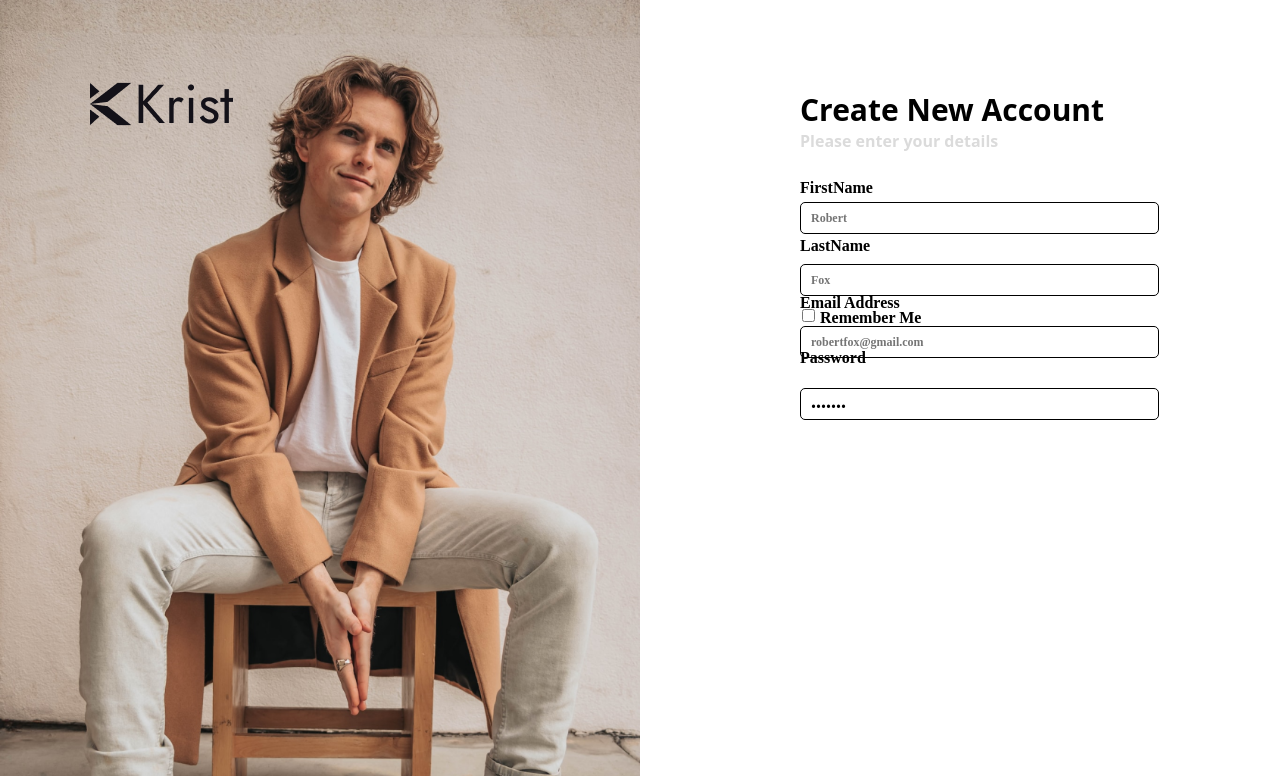
Repository: isaacCodes1/Krist-Website
Page: new-account.html
An editor plug-in stored every save of this project. The page is shown before and after the next save, followed by the edit.
The browser window is 1280 px wide. The pictures show the whole page.

Above is the page before, as saved 2024-04-10 14:14:54.

### new-account.html
<!DOCTYPE html>
<html lang="en">
  <head>
    <meta charset="UTF-8" />
    <meta name="viewport" content="width=device-width, initial-scale=1.0" />
    <title>New Account</title>
    <link rel="stylesheet" href="style.css">
  </head>
  <body>
    <div class="image">
        <img src="/Assets/Rectangle 3463272 (1).png" alt="" />
      </div>
      <div class="logo">
        <a href="Home-page.html"><img src="/Assets/Group 56.png" alt="" /></a>
      </div>

      <form class="new" action="">
        <h1 class="create">Create New Account</h1>
        <p>Please enter your details</p>
        <label class="firstname" for="">FirstName</label>
        <input class="inpute" type="text" placeholder="Robert">  <br>
        <label class="lastname" for="">LastName</label>
        <input class="inpute" type="text" placeholder="Fox">  <br>
        <label class="email" for="">Email Address</label>
        <input class="inpute" type="email" placeholder="robertfox@gmail.com"> <br>
        <label class="password" for="">Password</label>
        <input class="inpute" type="password" placeholder="......." id="place">
        <div class="checkboxes">
            <input class="check" type="checkbox" name="" id="" />
            <label class="label1" for="">Remember Me</label>
          </div>
      </form>
  </body>
</html>

### style.css
* {
  margin: 0;
  padding: 0;
  box-sizing: border-box;
  font-family: "Times New Roman", Times, serif;
  font-weight: 600;
}
.navBar {
  display: flex;
  align-items: center;
  margin-bottom: 40px;
  position: relative;
}
.navBar img {
  margin-left: 90px;
  padding-top: 20px;
  padding-right: 190px;
}
.logoItems ul {
  display: flex;
  list-style: none;
  padding-top: 20px;
  gap: 70px;
}
.logoItems ul li {
  font-size: 15px;
}
.logoItems ul li:hover {
  transform: scale(1.05);
  font-weight: 700;
}
.shop {
  position: relative;
}
.bx-down-arrow {
  position: absolute;
  left: 9000px;
}
.contact {
  position: relative;
}
.bx-search {
  position: absolute;
  right: 300px;
  top: 37px;
  font-size: 20px;
}
.bx-heart {
  position: absolute;
  right: 270px;
  top: 35px;
  font-size: 20px;
}
.bx-shopping-bag {
  position: absolute;
  right: 240px;
  top: 35px;
  font-size: 20px;
}
.bx-down-arrow {
  position: absolute;
  left: 570px;
  top: 40px;
}
.bx-right-arrow-alt {
  font-size: 15px;
}
.landingPage {
  display: flex;
  flex-direction: column;
  background: rgb(242, 243, 241);
  border-radius: 5 px;
  height: 620px;
  margin-bottom: 50px;
  margin-left: 50px;
  margin-right: 50px;
  position: relative;
}

.landingPageText {
  margin-top: 200px;
  margin-left: 150px;
  position: relative;
}
.landingPageText h1 {
  font-size: 42px;
  font-weight: 900;
}
.landingPage h2 {
  font-size: 85px;
  position: absolute;
  top: 500px;
  left: 30px;
  color: #e4e2e2;
}
.classic {
  font-size: 30px;
  font-weight: 500;
  margin-bottom: 10px;
}
.landingPageText p {
  font-size: 30px;
  font-weight: 400;
  margin-bottom: 20px;
}
button {
  padding: 12px 28px;
  background: #000;
  border: 1px;
  border-radius: 7px;
  transition: all 0.42s ease;
}
button a {
  text-decoration: none;
  font-size: 13px;
  color: #fff;
}
button:hover {
  color: #000;
  background: grey;
}
.landingPage img {
  width: 600px;
  position: absolute;
  top: 120px;
  right: 200px;
  background: transparent;
  height: 80%;
}
.login {
  padding: 12px 28px;
  background: #000;
  border: 1px;
  border-radius: 7px;
  margin-left: 800px;
  position: absolute;
  top: 25px;
}
.login a {
  text-decoration: none;
  font-size: 13px;
  color: #fff;
}
.cards {
  margin-bottom: 70px;
}
.cardstext {
  font-size: 30px;
  margin-left: 90px;
  padding-top: 60px;
  padding-bottom: 30px;
}
.cardsImg {
  display: flex;
  margin-left: 74px;
}
.cardsImg img {
  width: 300px;
  margin-left: 20px;
}
.as1 {
  position: relative;
}
.as2 {
  position: relative;
}
.as3 {
  position: relative;
}
.as4 {
  position: relative;
}
.a1 {
  font-size: 45px;
  color: #fff;
  position: absolute;
  top: 1000px;
  left: 150px;
}
.a2 {
  position: absolute;
  top: 1000px;
  font-size: 45px;
  color: #fff;
  left: 450px;
}
.a3 {
  position: absolute;
  top: 1000px;
  color: #fff;
  font-size: 45px;
  left: 800px;
}
.a4 {
  position: absolute;
  top: 1000px;
  color: #fff;
  font-size: 45px;
  left: 1100px;
}
.but1 {
  background: #fff;
  position: absolute;
  left: 140px;
  font-size: 20px;
  top: 1240px;
  padding: 10px 50px;
  transition: 1s ease-in-out;
}
.but1:hover {
  background: #000;
  color: #fff;
}
.but2 {
  background: #fff;
  position: absolute;
  left: 450px;
  font-size: 20px;
  top: 1240px;
  padding: 10px 50px;
  transition: 1s ease-in-out;
}
.but2:hover {
  background: #000;
  color: #fff;
}
.but3 {
  background: #fff;
  position: absolute;
  left: 780px;
  font-size: 20px;
  top: 1240px;
  padding: 10px 50px;
  transition: 1s ease-in-out;
}
.but3:hover {
  background: #000;
  color: #fff;
}
.but4 {
  background: #fff;
  position: absolute;
  left: 1100px;
  font-size: 20px;
  top: 1245px;
  padding: 8px 50px;
  transition: 1s ease-in-out;
}
.but4:hover {
  background: #000;
  color: #fff;
}
.clothes {
  margin-bottom: 170px;
}
.clothesText {
  text-align: center;
  font-size: 30px;
  margin-bottom: 30px;
}
.clothesImg {
  margin-left: 74px;
}
.clothesImg img {
  width: 300px;
  margin-left: 20px;
}
.sneakers {
  position: relative;
}
.sneakersText {
  position: absolute;
  left: 92px;
  font-size: 15px;
}
.road {
  font-weight: 700;
  font-size: 16px;
}
.cancel {
  left: 50px;
  position: absolute;
  bottom: 0px;
}
.bx-x {
  position: absolute;
  bottom: 0px;
  left: 45px;
  font-weight: 900;
  color: red;
}
.sneakers1 {
  position: relative;
}
.sneakersText1 {
  position: absolute;
  left: 420px;
  font-size: 15px;
}
.road1 {
  font-weight: 700;
  font-size: 16px;
}
.cancel1 {
  left: 50px;
  position: absolute;
  bottom: 0px;
}
.sneakers2 {
  position: relative;
}
.sneakersText2 {
  position: absolute;
  left: 740px;
  font-size: 15px;
}
.road2 {
  font-weight: 700;
  font-size: 16px;
}
.cancel2 {
  position: absolute;
  left: 50px;
  bottom: 0px;
}
.sneakers3 {
  position: relative;
}
.sneakersText3 {
  position: absolute;
  left: 1070px;
  font-size: 15px;
  margin-bottom: 50px;
}
.road3 {
  font-weight: 700;
  font-size: 16px;
}
.cancel3 {
  position: absolute;
  left: 50px;
  bottom: 0px;
}
.sneak {
  margin-bottom: 150px;
}
.deal {
  display: flex;
}
.deals {
  font-size: 30px;
  margin-bottom: 20px;
}
.dealsText {
  margin-left: 94px;
  position: relative;
}
.dealsImg {
  margin-left: 170px;
}
.timer1 {
  border: 1px solid #dbdbdb;
  color: #000;
  background: #fff;
  padding: 7px 9px;
  margin-left: 15px;
}
.timer1:hover {
  background: #fff;
}
.timer1h {
  font-size: 18px;
  font-weight: 700;
}
.pp {
  margin-bottom: 20px;
}
.butto {
  position: absolute;
  top: 231px;
  left: 16px;
}
.forms {
  position: relative;
}
.logo {
  display: flex;
  align-items: center;
  margin-bottom: 40px;
  position: absolute;
  bottom: 550px;
}
.logo img {
  margin-left: 90px;
  margin-top: 100px;
  padding-right: 190px;
}
.image {
  position: relative;
}
.image img {
  background-size: contain;
  width: 50%;
  height: 20%;
}
form {
  position: absolute;
  left: 800px;
  bottom: 300px;
}
form h1 {
  font-size: 40px;
  font-family: system-ui, -apple-system, BlinkMacSystemFont, "Segoe UI", Roboto,
    Oxygen, Ubuntu, Cantarell, "Open Sans", "Helvetica Neue", sans-serif;
  font-weight: bolder;
}
form p {
  color: #dbdbdb;
  font-family: system-ui, -apple-system, BlinkMacSystemFont, "Segoe UI", Roboto,
    Oxygen, Ubuntu, Cantarell, "Open Sans", "Helvetica Neue", sans-serif;
  margin-bottom: 20px;
}
.email {
  position: absolute;
  top: 95px;
}
.inpute {
  position: relative;
  padding-right: 170px;
  padding-left: 10px;
  padding-top: 7px;
  padding-bottom: 7px;
  border-radius: 5px;
  outline: none;
  border: 1px solid #000;
  margin-top: 30px;
}
.inputp {
  position: relative;
  padding-right: 170px;
  padding-left: 10px;
  padding-top: 7px;
  padding-bottom: 7px;
  border-radius: 5px;
  outline: none;
  border: 1px solid #000;
  margin-top: 30px;
  margin-bottom: 20px;
}
.inpute::placeholder {
  font-size: 12px;
}
#place::placeholder {
  font-size: 20px;
  color: #000;
}
.password {
  position: absolute;
  top: 155px;
}
.check {
  position: absolute;
  top: 220px;
  left: 2px;
}
.label1 {
  margin-left: 20px;
  position: absolute;
  top: 220px;
}
.forgot {
  color: #000;
  position: absolute;
  left: 210px;
  font-size: 10px;
  top: 220px;
}
.log {
  position: absolute;
  color: #000;
  background: #fff;
  border: 1px solid black;
  font-family: system-ui, -apple-system, BlinkMacSystemFont, "Segoe UI", Roboto,
    Oxygen, Ubuntu, Cantarell, "Open Sans", "Helvetica Neue", sans-serif;
    left: 800px;
    bottom: 250px;
    padding: 10px 140px;
    border-radius: 7px;
    transition: 1s ease-in-out  ;
}
.log:hover{
  background: #000;
  color: #fff;
}
.lo{
  position: absolute;
  color: #000;
  background: #fff;
  border: 1px solid black;
  font-family: system-ui, -apple-system, BlinkMacSystemFont, "Segoe UI", Roboto,
    Oxygen, Ubuntu, Cantarell, "Open Sans", "Helvetica Neue", sans-serif;
    left: 800px;
    bottom: 180px;
    padding: 10px 110px;
    border-radius: 7px;
    transition: 1s ease-in-out  ;
}
.or{
  position: absolute;
  left: 800px;
  bottom: 250px;
}
.lo:hover{
  background: #000;
  color: #fff;
}
.create{
  font-size: 30px;
  font-family: system-ui, -apple-system, BlinkMacSystemFont, "Segoe UI", Roboto,
    Oxygen, Ubuntu, Cantarell, "Open Sans", "Helvetica Neue", sans-serif;
  font-weight: bolder;
}
.new{
  position: absolute;
  left: 800px;
  bottom: 300px;
}
.firstname{
  position: absolute;
  top: 90px;
}
.lastname{
  position: absolute;
  top: 148px;
}
.email{
  position: absolute;
  top: 205px;
}
.password{
  position: absolute;
  top: 260px;
}

After the next save:
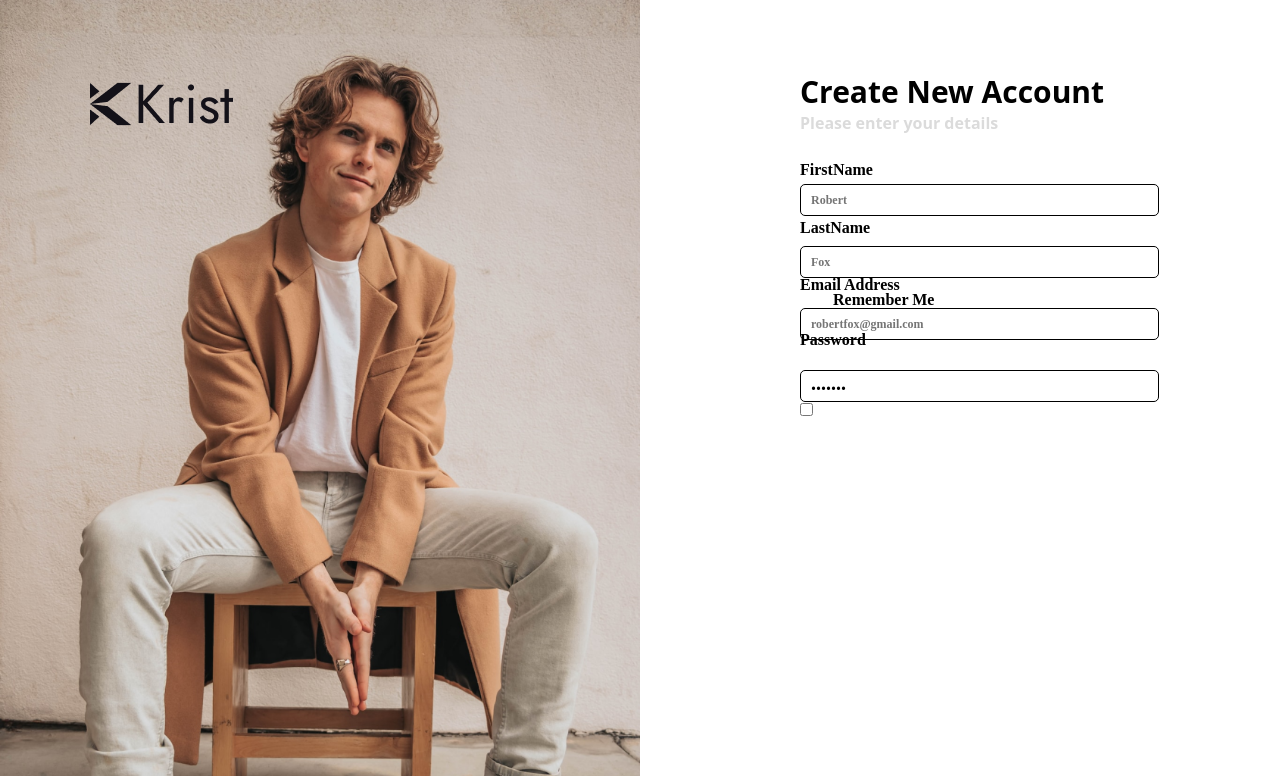
Saved 11 s later.
--- a/new-account.html
+++ b/new-account.html
@@ -26,7 +26,7 @@
         <label class="password" for="">Password</label>
         <input class="inpute" type="password" placeholder="......." id="place">
         <div class="checkboxes">
-            <input class="check" type="checkbox" name="" id="" />
+            <input class="check1" type="checkbox" name="" id="" />
             <label class="label1" for="">Remember Me</label>
           </div>
       </form>

After the save that followed:
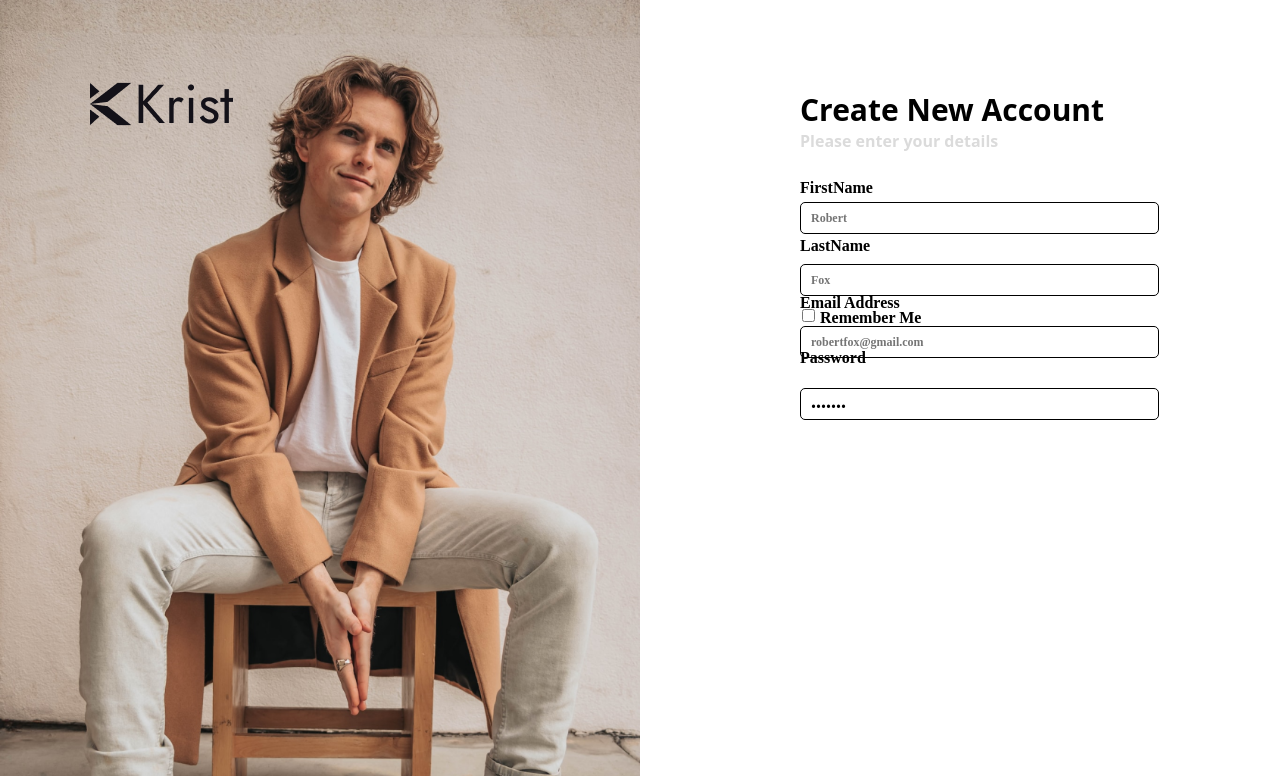
Saved 15 s later.
--- a/style.css
+++ b/style.css
@@ -541,3 +541,8 @@ form p {
   position: absolute;
   top: 260px;
 }
+.check1{
+  position: absolute;
+  top: 220px;
+  left: 2px;
+}
